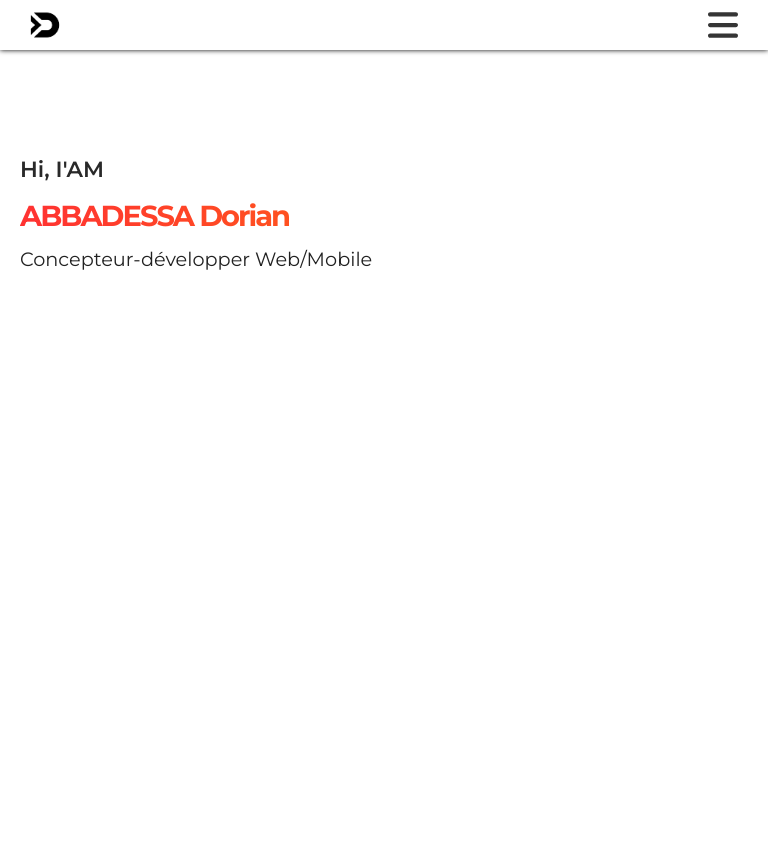
Repository: DorianABDS/Portfolio-ABBADESSA-Dorian
Page: index.html
The author's editor kept a copy of each file at every save. The page is drawn from the files as they stood at one save, then again after the next save.
The browser window is 768 px wide. The pictures show the whole page.

Above is the page before, as saved 2024-11-26 20:36:29.

After the next save:
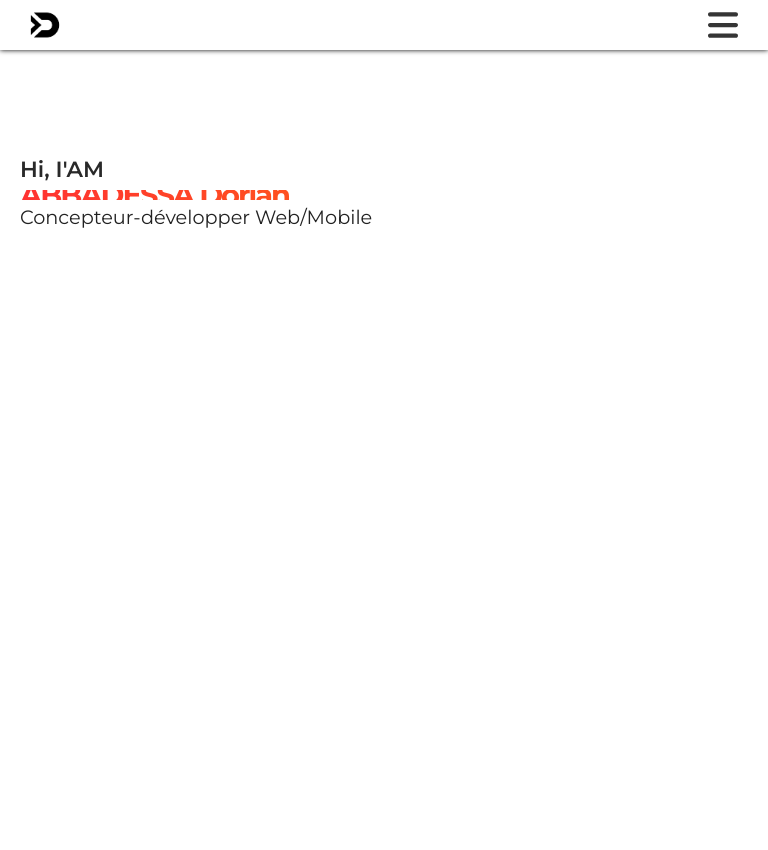
Saved 15 s later.
--- a/style.css
+++ b/style.css
@@ -158,6 +158,7 @@ html, body {
     }
 
     .accueil h1 {
+        line-height: 10px;
         letter-spacing: -2px;
         font-weight: 700;
         background: linear-gradient(90deg, rgba(255,50,50,1) 0%, rgba(255,136,0,1) 100%);
